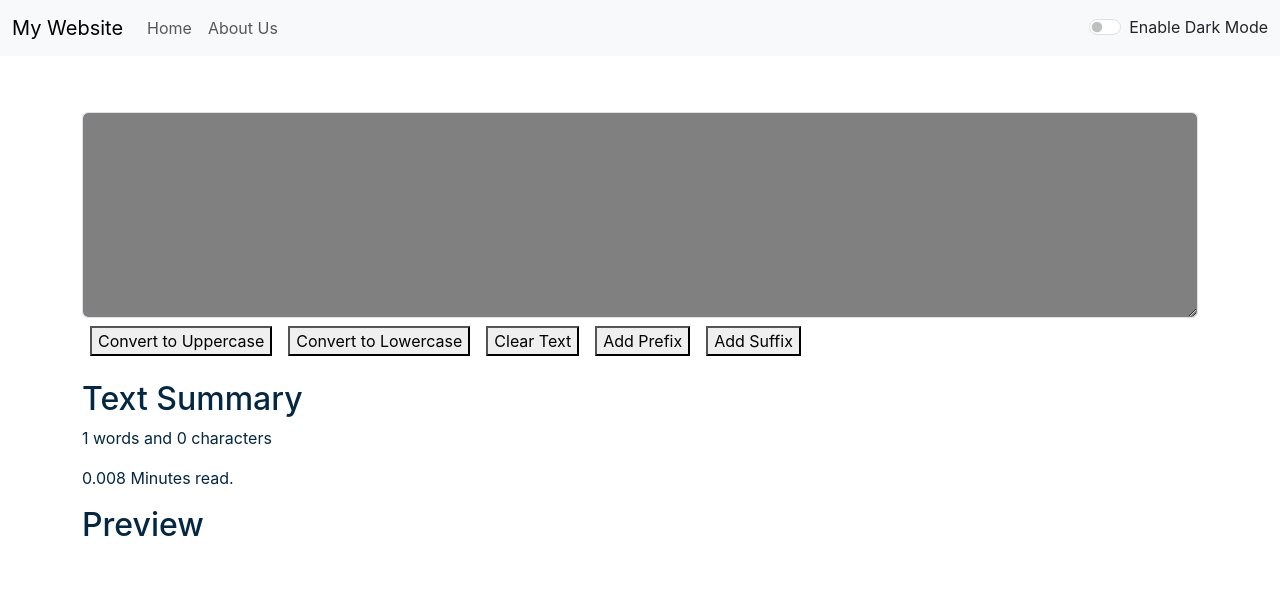
Repository: WajihaGul/Reactjs
Page: /
An editor plug-in stored every save of this project. The page is shown before and after the next save, followed by the edit.
The browser window is 1280 px wide. The pictures show the whole page.
The project was rebuilt for these pictures with package versions that can differ from the ones it lists, and the page was loaded fresh each time. Also part of the build but not shown: src/App.css.

Above is the page before, as saved 2024-02-08 09:54:40.

After the next save:
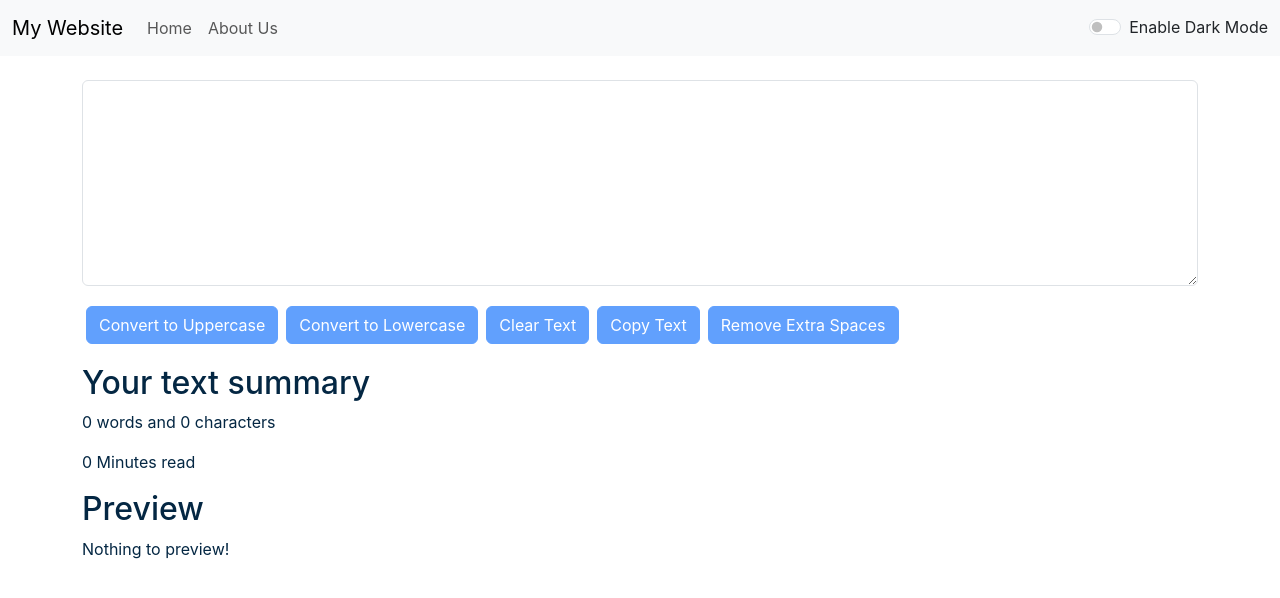
Saved 52 s later.
--- a/src/Components/TextArea.js
+++ b/src/Components/TextArea.js
@@ -1,55 +1,65 @@
-import React, { useState } from "react";
+import React, {useState} from 'react'
 
-export default function TextArea(props) {
-    const [text, setText] = useState('');
 
-    const textOnChange = (event) => {
-        setText(event.target.value);
+export default function TextForm(props) {
+    const handleUpClick = ()=>{
+        let newText = text.toUpperCase();
+        setText(newText)
+        props.showAlert("Converted to uppercase!", "success");
     }
 
-    const textUpper = () => {
-        let newText = text.toUpperCase();
-        setText(newText);
+    const handleLoClick = ()=>{
+        let newText = text.toLowerCase();
+        setText(newText)
+        props.showAlert("Converted to lowercase!", "success");
     }
 
-    const textLower = () => {
-        let newText = text.toLowerCase();
+    const handleClearClick = ()=>{
+        let newText = '';
         setText(newText);
+        props.showAlert("Text Cleared!", "success");
     }
 
-    const textClear = () => {
-        let newText = '';
-        setText(newText);
+    const handleOnChange = (event)=>{
+        setText(event.target.value)
     }
 
-    const prefixText = () => {
-        let newText = 'New Text ' + text;
-        setText(newText);
+    // Credits: A
+    const handleCopy = () => {
+        navigator.clipboard.writeText(text);
+        props.showAlert("Copied to Clipboard!", "success");
     }
 
-    const suffixText = () => {
-        let newText = text + ' New Text ';
-        setText(newText);
+    // Credits: Coding Wala
+    const handleExtraSpaces = () => {
+        let newText = text.split(/[ ]+/);
+        setText(newText.join(" "));
+        props.showAlert("Extra spaces removed!", "success");
     }
 
+    const [text, setText] = useState('');
+    // text = "new text"; // Wrong way to change the state
+    // setText("new text"); // Correct way to change the state
     return (
         <>
-            <div className="container" style={{ color: props.mode === 'light' ? 'black' : 'white' }}>
-                <h1 style={{ color: props.mode === 'light' ? 'black' : 'white' }}>Write Here</h1>
-                <textarea className="form-control" value={text} onChange={textOnChange} style={{ backgroundColor: props.mode === 'black' ? 'white' : 'grey', color: props.mode === 'light' ? 'black' : 'white' }} id="myBox" rows="8"></textarea>
-                <button className="btn1 mx-2 my-2" onClick={textUpper}>Convert to Uppercase</button>
-                <button className="btn2 mx-2 my-2" onClick={textLower}>Convert to Lowercase</button>
-                <button className="btn3 mx-2 " onClick={textClear}>Clear Text</button>
-                <button className="btn4 mx-2 " onClick={prefixText}>Add Prefix</button>
-                <button className="btn5 mx-2 " onClick={suffixText}>Add Suffix</button>
+        <div className="container" style={{color: props.mode==='dark'?'white':'#042743'}}>
+            <h1 className='mb-4'>{props.heading}</h1>
+            <div className="mb-3">
+            <textarea className="form-control" value={text} onChange={handleOnChange} style={{backgroundColor: props.mode==='dark'?'#13466e':'white', color: props.mode==='dark'?'white':'#042743'}} id="myBox" rows="8"></textarea>
             </div>
-            <div className="container my-3" style={{color: props.mode==='dark'?'white':'#042743'}}>
-                <h2>Text Summary</h2>
-                <p>{text.split(' ').length} words and {text.length} characters</p>
-                <p>{(0.008 * text.split(' ').length)} Minutes read.</p>
-                <h2>Preview</h2>
-                <p><b>{text}</b></p>
-            </div>
+            <button disabled={text.length===0} className="btn btn-primary mx-1 my-1" onClick={handleUpClick}>Convert to Uppercase</button>
+            <button disabled={text.length===0} className="btn btn-primary mx-1 my-1" onClick={handleLoClick}>Convert to Lowercase</button>
+            <button disabled={text.length===0} className="btn btn-primary mx-1 my-1" onClick={handleClearClick}>Clear Text</button>
+            <button disabled={text.length===0} className="btn btn-primary mx-1 my-1" onClick={handleCopy}>Copy Text</button>
+            <button disabled={text.length===0} className="btn btn-primary mx-1 my-1" onClick={handleExtraSpaces}>Remove Extra Spaces</button>
+        </div>
+        <div className="container my-3" style={{color: props.mode==='dark'?'white':'#042743'}}>
+            <h2>Your text summary</h2>
+            <p>{text.split(/\s+/).filter((element)=>{return element.length!==0}).length} words and {text.length} characters</p>
+            <p>{0.008 *  text.split(/\s+/).filter((element)=>{return element.length!==0}).length} Minutes read</p>
+            <h2>Preview</h2>
+            <p>{text.length>0?text:"Nothing to preview!"}</p>
+        </div>
         </>
-    );
+    )
 }
